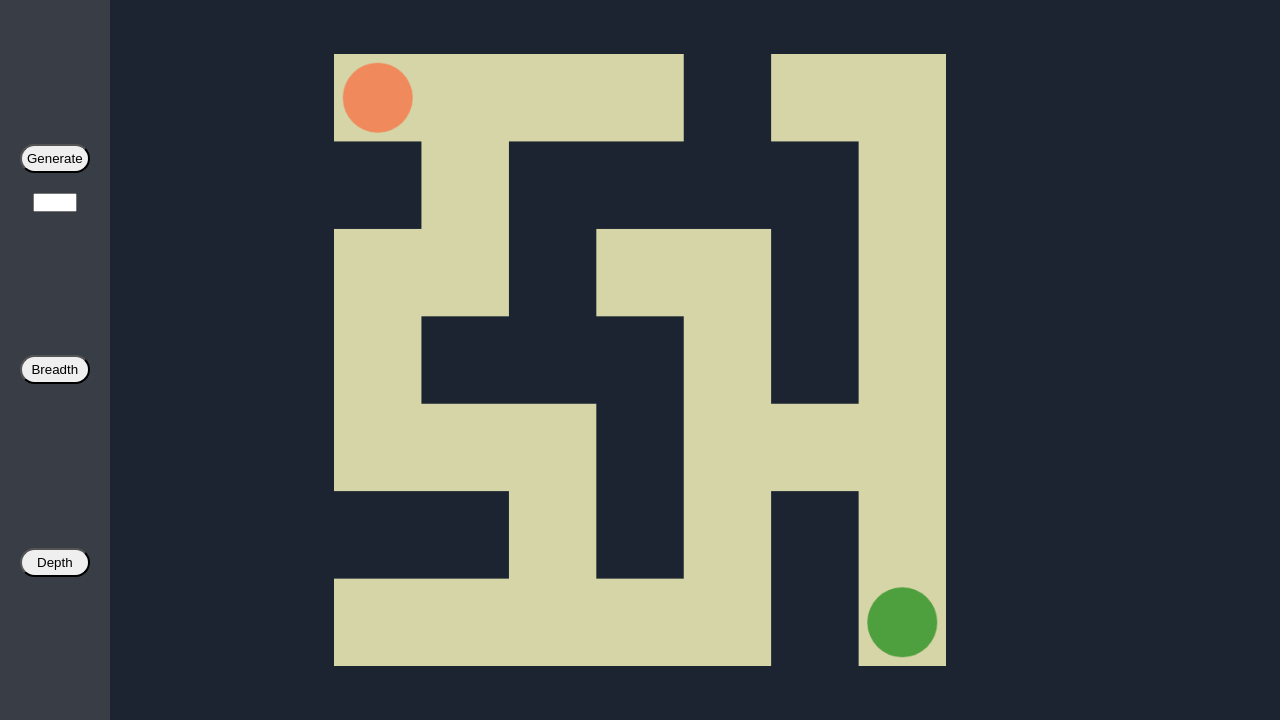
Repository: 2Friendly4You/advanced-maze-solver
Page: index.html
An editor plug-in stored every save of this project. The page is shown before and after a run of saves, followed by the edit.
The browser window is 1280 px wide. The pictures show the whole page.

Above is the page before, as saved 2022-09-20 15:19:48.

### index.html
<!DOCTYPE html>
<html lang="en">
<head>
    <meta charset="UTF-8">
    <meta http-equiv="X-UA-Compatible" content="IE=edge">
    <meta name="viewport" content="width=device-width, initial-scale=1.0">
    <title>Search Algorithms</title>
    <link rel="icon" type="image/x-icon" href=/images/favicon.ico">
    <link rel="stylesheet" href="styles.css">
    <script type="module" src="script.js" defer></script>
</head>
<body>
    <div class="buttonContainer">
        <div class="generateContainer">
            <button id="generateButton">Generate</button>
            <input id="generateInput">
        </div>
        <button id="breadthButton">Breadth</button>
        <button id="depthButton">Depth</button>
    </div>
    <canvas width="700" height="700"></canvas>
</body>
</html>

### styles.css
* {
    margin: 0;
    padding: 0;
}

body {
    background-color: #1B2430;
    width: 100%;
    height: 100%;
    display: flex;
    justify-items: center;
    align-items: center;
}

canvas {
    background-color: #1B2430;
    position: absolute;
    height: 85vmin;
    aspect-ratio: 1 / 1;
    resize: none;

    top: 50%;
    left: 50%;
    transform: translate(-50%, -50%);
}

.buttonContainer {
    background-color: #393E46;
    display: flex;
    flex-direction: column;
    justify-content: space-evenly;
    height: 100vh;
}

.generateContainer {
    display: flex;
    flex-direction: column;
    justify-content: space-evenly;
    align-items: center;
}

#generateInput {
    width: 40px;
}

button {
    margin: 20px;
    border-radius: 20px;
    padding: 5px;
}

### script.js
// import Heapify from "heapify";
// TODO low priority - change drawing so that only changed elements are redrawn
const EMPTY_COLOR = "#D6D5A8";
const WALL_COLOR = "#1B2430";
const VISITED_COLOR = "gray";
const PATH_COLOR = "#FF2E63"
const START_COLOR = "#F08A5D"
const END_COLOR = "#4E9F3D"

function Maze(canvas, ctx) {
    this.canvas = canvas
    this.ctx = ctx;
}

Maze.prototype = {

    setProperties(grid, start, end) {
        this.grid = grid;
        this.start = start;
        this.end = end;
        this.width = this.canvas.width / this.grid[0].length;
        this.height = this.canvas.height / this.grid.length;
    },

    draw(visited) {
        for(let r = 0; r < this.grid.length; ++r) {
            for(let c = 0; c < this.grid[0].length; ++c) {
                this.ctx.beginPath();
                this.ctx.fillStyle = EMPTY_COLOR;
                if(this.grid[r][c] == 1) {
                    this.ctx.fillStyle = WALL_COLOR;
                }
                if(typeof visited !== 'undefined' && visited.has([r, c].toString())) {
                    this.ctx.fillStyle = VISITED_COLOR;
                }
                this.ctx.fillRect(c * this.width, r * this.height, this.width, this.height);
            }
        }
        this.drawStartAndEnd();
    },

    drawStartAndEnd() {
        const drawCircle = (tile, color) => {
            this.ctx.beginPath();
            this.ctx.arc(tile[1] * this.width + this.width / 2, tile[0] * this.height + this.height / 2, this.width / 2.5, 0, Math.PI * 2);
            this.ctx.fillStyle = color;
            this.ctx.fill();
        }
        drawCircle(this.start, START_COLOR);
        drawCircle(this.end, END_COLOR);
    },

    drawPath(path) {
        for(const tile of path) {
            let [r, c] = tile;
            this.ctx.fillStyle = PATH_COLOR;
            this.ctx.fillRect(c * this.width, r * this.height, this.width, this.height);
        }
        this.drawStartAndEnd();
    },

    checkMovable(curr) {
        let [r, c] = curr;
        return 0 <= r && r < this.grid.length &&
               0 <= c && c < this.grid[0].length &&
               this.grid[r][c] == 0;
    },

    getAdjs(tile) {
        let [r, c] = tile;
        let possAdjs = [[r - 1, c], [r, c + 1], [r + 1, c], [r, c - 1]];
        return possAdjs.filter((possAdj) => this.checkMovable(possAdj));
    },

    getGenerationAdjs(curr) {
        let [r, c] = curr;
        let possPairs = [
            [[r - 1, c], [r - 2, c]],
            [[r, c + 1], [r, c + 2]],
            [[r + 1, c], [r + 2, c]],
            [[r, c - 1], [r, c - 2]]
        ];
        possPairs = possPairs.filter((possPair) => this.checkMovable(possPair[1]))

        const shuffle = (arr) => {
            for (let i = arr.length - 1; i > 0; i--) {
                const j = Math.floor(Math.random() * (i + 1));
                [arr[i], arr[j]] = [arr[j], arr[i]];
            }
        }
        shuffle(possPairs);
        return possPairs;
    },

    simpleSearch(type, delay) {
        console.assert(type === "depth" || type === "breadth");
        let deque = [[this.start]];
        let visited = new Set();
        const searchStep = (deque, visited, type, delay) => {
            if(deque.length == 0) {
                return;
            }
            let path;
            if(type === "depth") {
                path = deque.pop();
            }
            else {
                path = deque.shift();
            }
            let curr = path[path.length - 1];
            if(visited.has(curr.toString())) {
                return searchStep(deque, visited, type, delay);
            }
            visited.add(curr.toString());
            this.draw(visited);

            if(arrayEquals(curr, this.end)) {
                this.drawPath(path);
                return path;
            }
            //TODO maybe reverse for depth or breadth
            for(const adj of this.getAdjs(curr)) {
                deque.push([...path, adj]);
            }
            setTimeout(() => searchStep(deque, visited, type, delay), delay);
        }
        searchStep(deque, visited, type, delay);
    },

    aStar(delay) {

    },

    generate(size, delay) {
        this.setProperties(...prepareMaze(size));
        let genStart = generateRandomEvenCoord(this.grid.length);
        let stack = [[genStart, genStart]];
        let visited = new Set();
        const generateStep = (stack, visited, delay) => {
            if(stack.length == 0) {
                return "Done generating";
            }
            let [wall, curr] = stack.pop();
            if(visited.has(curr.toString())) {
                return generateStep(stack, visited, delay);;
            }
            // console.log(`visiting ${curr}`)
            visited.add(curr.toString());
            this.grid[wall[0]][wall[1]] = 0;
            this.draw();
            for(const pair of this.getGenerationAdjs(curr)) {
                stack.push(pair);
            }
            setTimeout(() => generateStep(stack, visited, delay), delay)
        }
        return generateStep(stack, visited, delay);
    },

    click(x, y) {
        // canvasSize = this.canvas.style.width;
        // console.log(`width: ${this.width} height:  ${this.height}`)
        console.log("x: " + x + " y: " + y);

        let row = Math.floor(y / parseFloat(getComputedStyle(this.canvas).height) * this.grid.length);
        let col = Math.floor(x / parseFloat(getComputedStyle(this.canvas).width) * this.grid.length);
        console.log(`row: ${row} col: ${col}`);

        this.grid[row][col] = 1;
        this.draw();
    }
}

function generateRandomEvenCoord(size) {
    const generateRandomEvenNumber = (max) => Math.floor(Math.random() * Math.floor(size/2)) * 2;
    let r = generateRandomEvenNumber(size);
    let c = generateRandomEvenNumber(size);
    return [r, c];
}

function prepareMaze(size) {
    console.assert(size % 2 === 1);
    let grid = [];
    for(let r = 0; r < size; r++) {
        let row = [];
        for(let c = 0; c < size; c++) {
            if(r % 2 === 0 && c % 2 === 0) {
                row.push(0);
            }
            else {
                row.push(1);
            }
        }
        grid.push(row);
    }
    let start = generateRandomEvenCoord(size);
    let end = generateRandomEvenCoord(size);
    return [grid, start, end];
}

function arrayEquals(a, b) {
    return Array.isArray(a) &&
      Array.isArray(b) &&
      a.length === b.length &&
      a.every((val, index) => val === b[index]);
}

function arrayContainsSubarray(bigArr, smallArr) {
    return bigArr.some((subarr) => (arrayEquals(smallArr, subarr)))
}

function main() {
    let canvas = document.querySelector("canvas");
    let ctx = canvas.getContext("2d");

    let generateButton = document.getElementById("generateButton");
    let breadthButton = document.getElementById("breadthButton");
    let depthButton = document.getElementById("depthButton");
    let generateInput = document.getElementById("generateInput")

    let size = 25;
    // let [grid, start, end] = prepareMaze(size);

    let maze = new Maze(canvas, ctx);
    let grid = [
        [0, 0, 0, 0, 1, 0, 0],
        [1, 0, 1, 1, 1, 1, 0],
        [0, 0, 1, 0, 0, 1, 0],
        [0, 1, 1, 1, 0, 1, 0],
        [0, 0, 0, 1, 0, 0, 0],
        [1, 1, 0, 1, 0, 1, 0],
        [0, 0, 0, 0, 0, 1, 0],
    ];
    let start = [0, 0];
    let end = [6, 6];
    maze.setProperties(grid, start, end);
    maze.draw();

    breadthButton.addEventListener("click", () => maze.simpleSearch("breadth", 50));
    depthButton.addEventListener("click", () => maze.simpleSearch("depth", 50));
    generateButton.addEventListener("click", () => {
        maze.generate(Number(generateInput.value), 50)
    });


    // let mouseDown = false;
    // document.addEventListener("mousedown", () => mouseDown = true);
    // document.addEventListener("mouseup", () => mouseDown = false);
    canvas.addEventListener("mousedown", (e) => {
        const rect = canvas.getBoundingClientRect();
        const x = e.clientX - rect.left;
        const y = e.clientY - rect.top;
        maze.click(x, y);
    });
}

main();

After the next 2 saves:
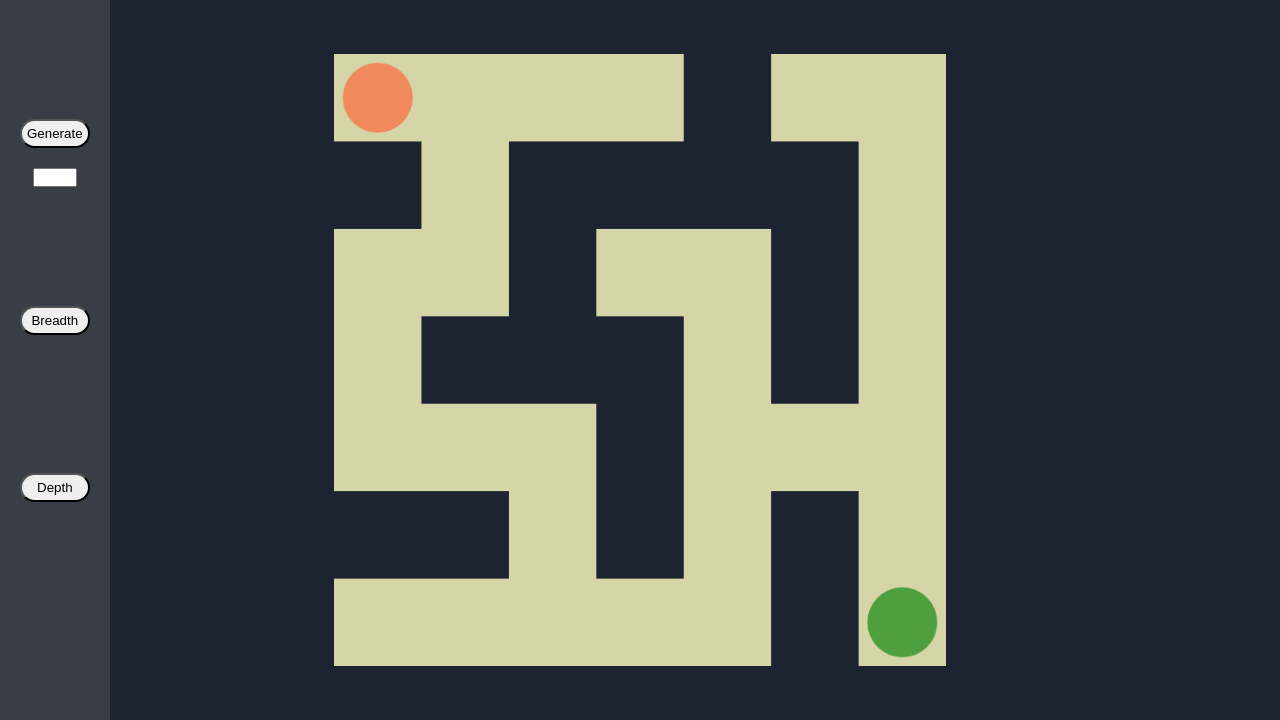
The 2 saves are shown as one change because they came seconds apart.
The last was saved 6 s later.
--- a/index.html
+++ b/index.html
@@ -17,6 +17,7 @@
         </div>
         <button id="breadthButton">Breadth</button>
         <button id="depthButton">Depth</button>
+        <div radio
     </div>
     <canvas width="700" height="700"></canvas>
 </body>
